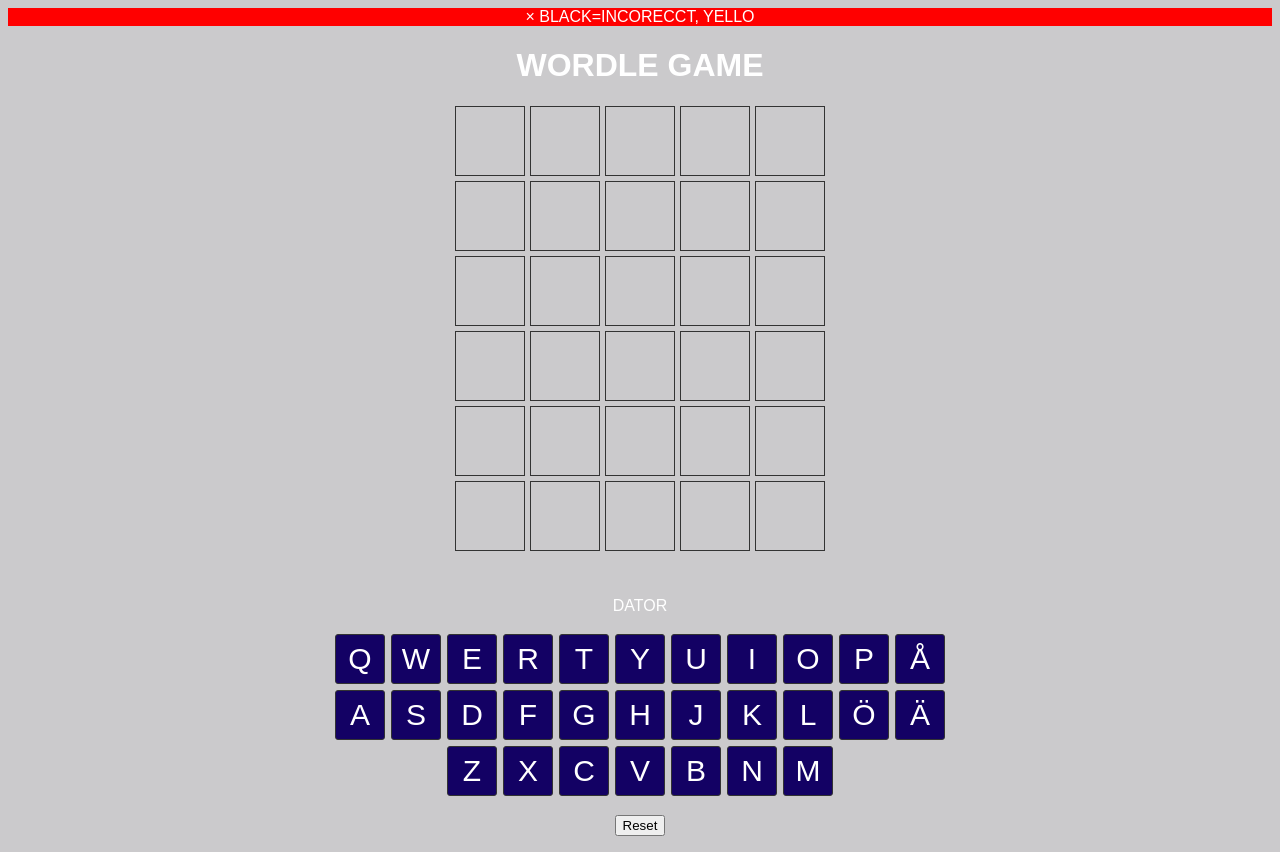
Repository: KarimIsaac/WorldeGame
Page: index.html
The author's editor kept a copy of each file at every save. The page is drawn from the files as they stood at one save, then again after the next save.
The browser window is 1280 px wide. The pictures show the whole page.

Above is the page before, as saved 2022-03-13 07:41:37.

### index.html
<!DOCTYPE html>
<html lang="en">
<head>
    <meta charset="UTF-8">
    <meta http-equiv="X-UA-Compatible" content="IE=edge">
    <meta name="viewport" content="width=device-width, initial-scale=1.0">
    <title>Worlde Game</title>
    <link rel="stylesheet" href="style.css">
</head>
<body>
    <div class="alert">
        <span class="closebtn" onclick="this.parentElement.style.display='none';">&times;</span>
      Black=incorecct, Yello
      </div>
    <h1>Wordle Game</h1>
    <div id="grid"></div>
    <p id="answer"></p>
    <div id="keyboard"></div>

    <p>
      <button onClick="init()">Reset</button>
      </o>

      <script src="script.js"></script>
</body>
</html>

### style.css
html,
body {
  text-align: center;
  background: rgb(203, 202, 204);
  color: white;
  text-transform: uppercase;
  font-family: sans-serif;
}

#grid {
  display: inline-grid;
  grid-template-rows: repeat(6, 70px);
  grid-template-columns: repeat(5, 70px);
  gap: 5px;
  margin-bottom: 30px;
}

#grid div {
  border: 1px solid #333;
  display: flex;
  align-items: center;
  justify-content: center;
  font-size: 40px;
}

#keyboard button {
  appearance: none;
  border: 1px solid #333;
  background: rgb(19, 1, 100);
  color: rgb(255, 255, 255);
  font-size: 30px;
  display: inline-block;
  width: 50px;
  height: 50px;
  line-height: 1;
  margin: 3px;
  text-transform: uppercase;
  border-radius: 3px;
}

.alert{
background-color: red;

}

### script.js
const grid = document.getElementById("grid");
const keyboard = document.getElementById("keyboard");

let answer = "";

const words = [
, "spela"
, "äpple"
, "hoppa"
, "dansa"
, "dator"
, "cykla"
, "skola"
, "TRÄNA"
];

let attempts = [];
let currentAttempt = "";

function drawGrid() {
  grid.innerHTML = "";

  for (i = 0; i < 6; i++) {
    for (j = 0; j < 5; j++) {
      const cell = document.createElement("div");
      grid.appendChild(cell);
    }
  }
}

function drawKeyboard() {
  keyboard.innerHTML = "";

  renderKeyboardRow("qwertyuiopå");
  renderKeyboardRow("asdfghjklöä");
  renderKeyboardRow("zxcvbnm");
}

function renderKeyboardRow(chars) {
  const row = document.createElement("div");

  for (const c of chars) {
    const key = document.createElement("button");
    key.textContent = c;
    key.onclick = () => playLetter(c);

    row.appendChild(key);
  }

  keyboard.appendChild(row);
}

function renderAttempts() {
  for (i = 0; i < attempts.length; i++) {
    const attempt = attempts[i];

    for (j = 0; j < 5; j++) {
      const letter = attempt[j];

      cell = grid.children[i * 5 + j];
      cell.textContent = letter;

      if (letter === answer[j]) {
        cell.style.backgroundColor = "green";
      } else if (answer.includes(letter)) {
        cell.style.backgroundColor = "#bfbf2e";
      } else {
        cell.style.backgroundColor = "#000";
      }
    }
  }
}

function renderCurrentAttempt() {
  for (i = 0; i < 5; i++) {
    const letter = currentAttempt[i] || "";

    cell = grid.children[attempts.length * 5 + i];
    cell.textContent = letter;
  }
}

function playLetter(letter) {
  currentAttempt = currentAttempt + letter;

  renderCurrentAttempt();
}

function handleInput(e) {
  const key = e.key.toLowerCase();

  if (key === "enter" && currentAttempt.length === 5) {
    attempts.push(currentAttempt);
    currentAttempt = "";

    renderAttempts();
  }

  if (key === "backspace" && currentAttempt.length) {
    const letters = currentAttempt.split("");
    letters.pop();
    currentAttempt = letters.join("");

    renderCurrentAttempt();
  }

  if (/^[a-z]$/.test(key) && currentAttempt.length < 5) {
    playLetter(key);
  }
}

function init() {
  attempts = [];
  currentAttempt = "";

  answer = words[Math.floor(Math.random() * words.length)];

  document.getElementById("answer").textContent = answer;

  drawGrid();
  drawKeyboard();

  renderAttempts();
  renderCurrentAttempt();

  document.removeEventListener("keydown", handleInput);
  document.addEventListener("keydown", handleInput);
}

init();

After the next save:
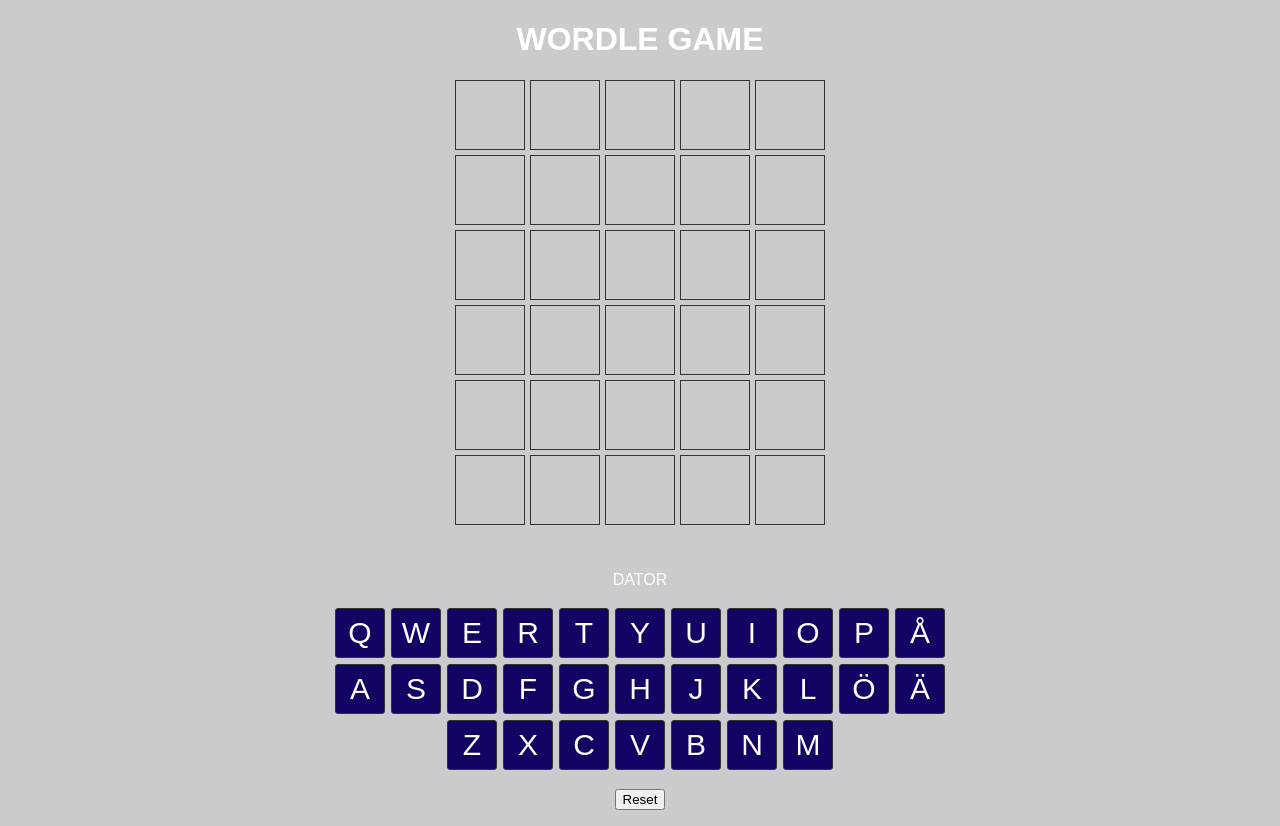
Saved 9 s later.
--- a/index.html
+++ b/index.html
@@ -8,10 +8,7 @@
     <link rel="stylesheet" href="style.css">
 </head>
 <body>
-    <div class="alert">
-        <span class="closebtn" onclick="this.parentElement.style.display='none';">&times;</span>
-      Black=incorecct, Yello
-      </div>
+
     <h1>Wordle Game</h1>
     <div id="grid"></div>
     <p id="answer"></p>
